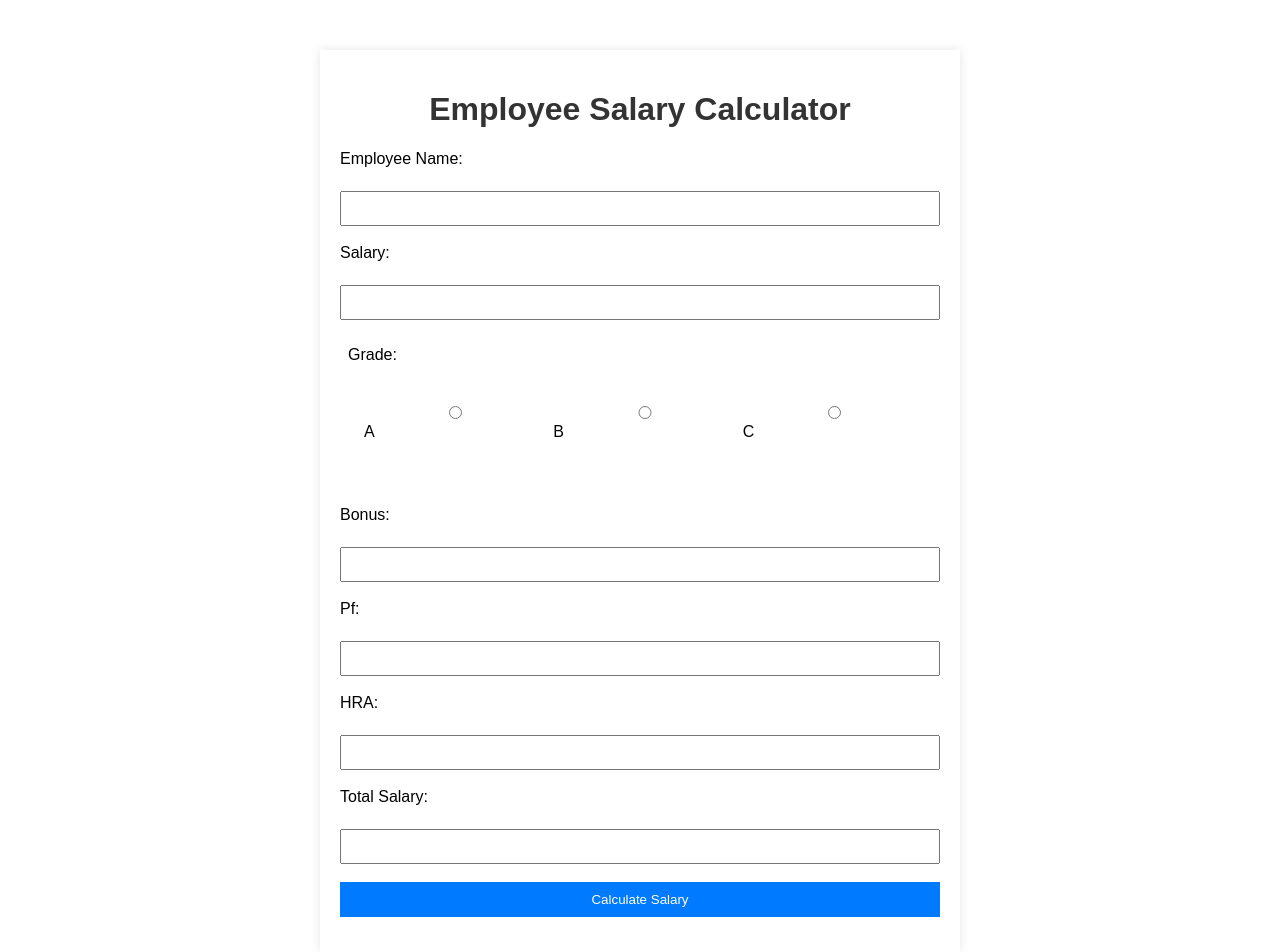
Repository: SimOneGraCias11/Montran_Training
Page: HTML,CSS,JS/public/employee.html
The author's editor kept a copy of each file at every save. The page is drawn from the files as they stood at one save, then again after the next save.
The browser window is 1280 px wide. The pictures show the whole page.

Above is the page before, as saved 2024-08-08 16:02:06.

### HTML,CSS,JS/public/employee.html
<!DOCTYPE html>
<html lang="en">
<head>
<meta charset="UTF-8">
<title>Employee Salary calculator</title>

<style >
body{
	font-family:Arial,sans-serif;
	background-color:rgb(255, 255, 255);
	margin:0;
	padding:0;
}

.container{
margin:auto;
	background-color:#fff;
	padding:20px;
	box-shadow:0 0 10px rgba(0,0,0,0.1);
	width:50%;
	margin-top:50px;
}

h1{
	text-align:center;
	color:#333;
}

form{
	margin-bottom:15px;
}
label{
	margin-bottom:5px;
	display:block;
}

input,div{
	padding:8px;
box-sizing:border-box;
width:100%;
}

.form-group .radio-group{
display:flex;
justify-content:space-between;
}

.form-group .radio-group label{
margin-right:5px;
}

button{
width:100%;
	padding:10px;
	background-color:#007bff;
	color:#fff;
	border:none;
	cursor:pointer;

}

button:hover{
	background-color:#0056b3;
}


input[read-only]{
	background-color:#0569b3;
}


</style>
</head>


<body>
	<div class="container">
		<h1>Employee Salary Calculator</h1>

		<form id="salaryform" onsubmit="return false;">

			<label for="empname">Employee Name:</label><br>

			<input type="text" id="empname" name="empname"><br> <br>

			 <label for="salary">Salary:</label><br> <input type="number" id="salary" name="salary "><br> <br>
			 <div class="form-group">

				 <label > Grade:</label><br>
			<div class="radio-group">
			<div>
				<input type="radio" id="gradeA" name="grade" value="A">
				<label for="gradeA">A</label>
				</div>
				<div>
				 <input type="radio" id="gradeB" name="grade" value="B">
				 				<label for="gradeB">B</label>
				 </div>
				 <div>
					<input type="radio" id="gradeC" name="grade" value="C">
									<label for="gradeC">C</label>
					</div>
			</div>
			</div>
			<br> <br> <label for="bonus">Bonus:</label><br>
			<input type="text" id="bonus" name="bonus " readonly><br> <br>
			<label for="pf">Pf:</label><br>
			 <input type="text" id="pf"name="pf" readonly><br> <br>
			  <label for="hra">HRA:</label><br>
			<input type="text" id="hra" name="hra" readonly><br> <br>
			<label for="totalsalary">Total Salary:</label><br>
			 <input type="text" id="totalsalary" name="totalsalary" readonly><br>
			<br>

			<button type="submit" onclick="calculate()">Calculate Salary</button>
		</form>
	</div>
	<script >
	function calculate(){

		const name=document.getElementById('empname').value;

		const salary=parseFloat(document.getElementById('salary').value) || 0;
		let bonus=0;

		const grade=document.querySelector('input[name="grade"]:checked')?.value;
		if(grade =='A'){
			bonus=salary*0.10;

		}else if(grade=='B'){
			bonus=salary*0.05;
		}else if(grade =='C'){
			bonus=salary*0.03;
		}
		const hra=salary*0.20;
		const pf=salary*0.035;
		const total=bonus+salary+hra-pf;

		alert('Employee name :${empname}\n Salary : ${salary} \nGrade: ${grade} \nBonus: ${bonus} \nHRA: ${hra} \nPF: ${pf} \nTotal Salary: ${totalsalary}');
	}

	document.querySelector('button').addEventListener('mouseover',function(){
		this.style.backgroundColor="#fffff";
	});

		document.querySelector('button').addEventListener('mouseout',function(){
			this.style.backgroundColor='#5cb85c';
		});

	</script>
</body>
</html>

After the next save:
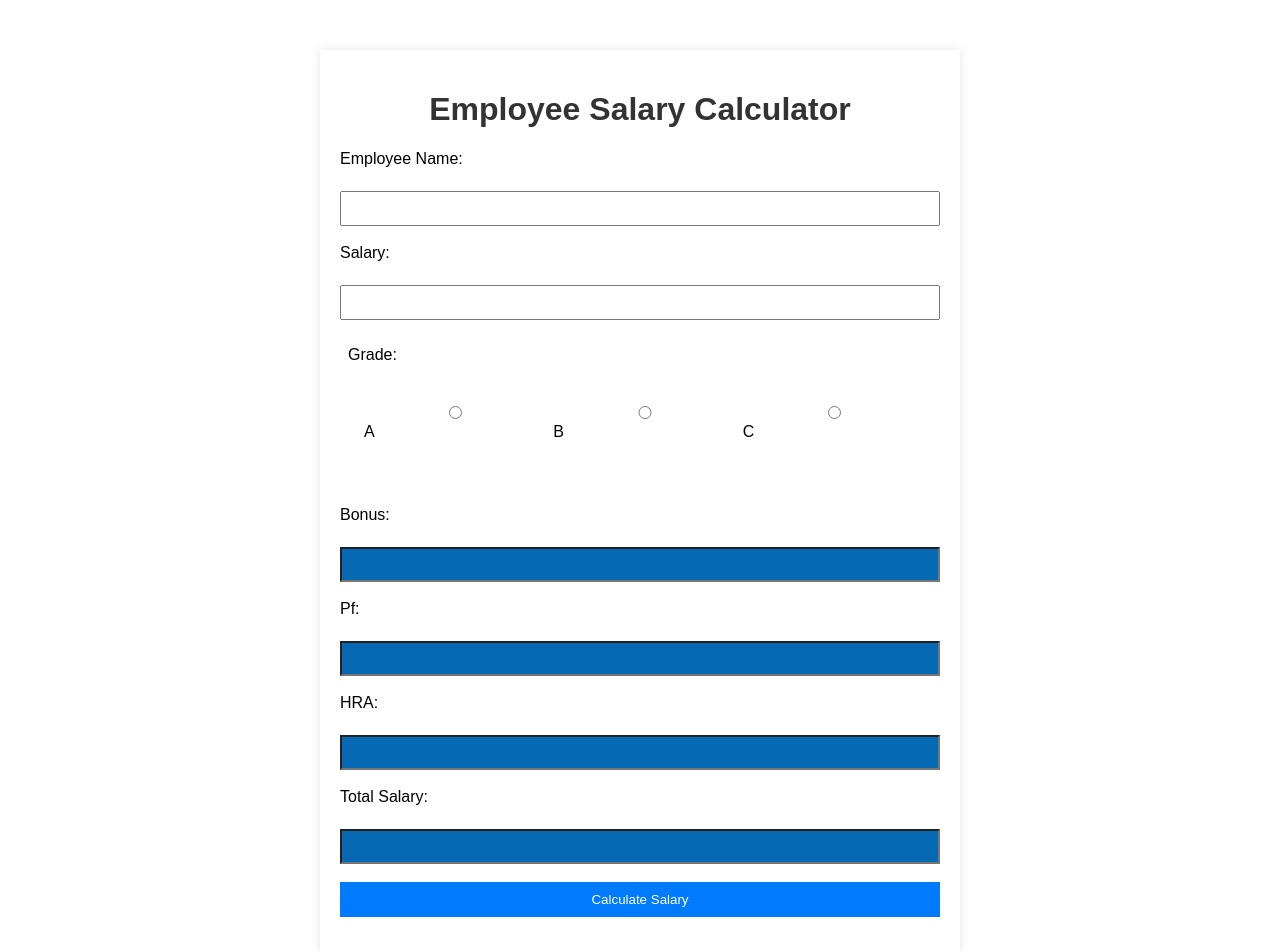
Saved 4 h 31 min later.
--- a/HTML,CSS,JS/public/employee.html
+++ b/HTML,CSS,JS/public/employee.html
@@ -64,7 +64,7 @@ button:hover{
 }
 
 
-input[read-only]{
+input[readonly]{
 	background-color:#0569b3;
 }
 
@@ -136,15 +136,20 @@ input[read-only]{
 		const pf=salary*0.035;
 		const total=bonus+salary+hra-pf;
 
+		document.getElementById('bonus').value=bonus.toFixed(2);
+		document.getElementById('hra').value=hra.toFixed(2);
+		document.getElementById('pf').value=pf.toFixed(2);
+		document.getElementById('totalsalary').value.toFixed(2);
+
 		alert('Employee name :${empname}\n Salary : ${salary} \nGrade: ${grade} \nBonus: ${bonus} \nHRA: ${hra} \nPF: ${pf} \nTotal Salary: ${totalsalary}');
 	}
 
 	document.querySelector('button').addEventListener('mouseover',function(){
-		this.style.backgroundColor="#fffff";
+		this.style.backgroundColor="##0056b3";
 	});
 
 		document.querySelector('button').addEventListener('mouseout',function(){
-			this.style.backgroundColor='#5cb85c';
+			this.style.backgroundColor='#007bff';
 		});
 
 	</script>
